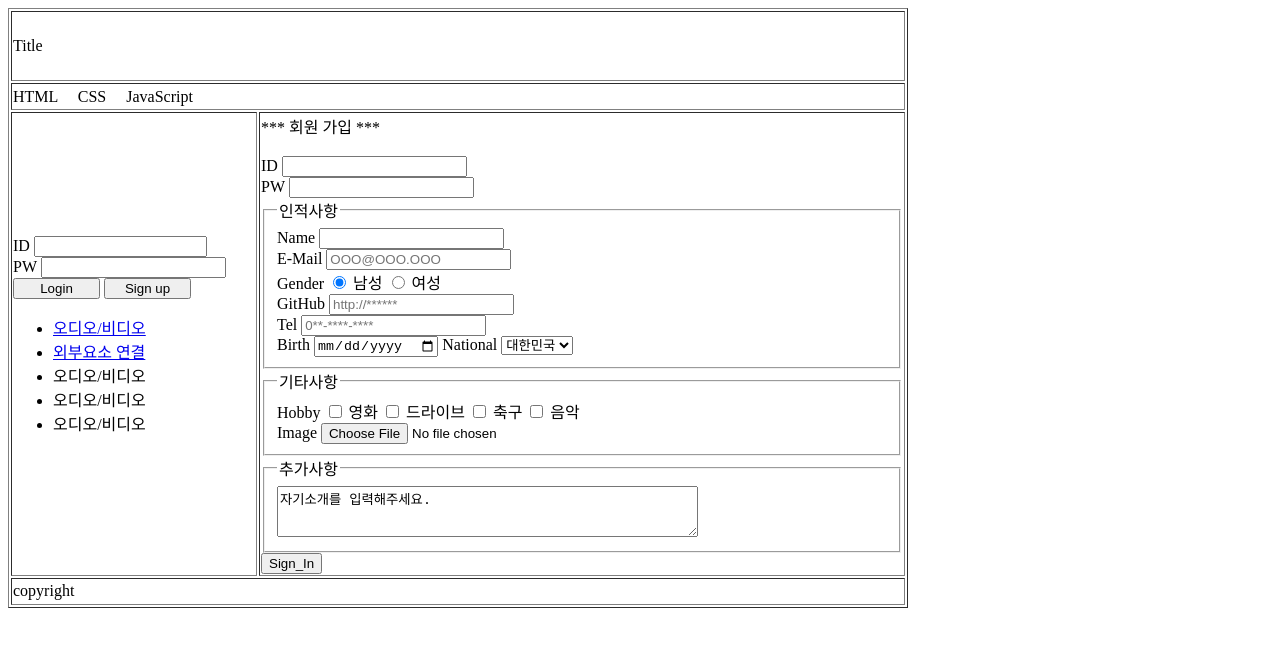
Repository: Hwangjiwon/MultiCampus
Page: http://localhost/2Study/jsp/member_insert.jsp
These files come from the project's save history. The page is drawn as it stood at one moment and after the next save; the edit follows.
The browser window is 1280 px wide. The pictures show the whole page.
The page is served by Tomcat 9. Other server files are loaded and not shown.

Above is the page before, as saved 2019-05-31 02:46:53.

### 2Study/WebContent/jsp/member_insert.jsp
<%@ page language="java" contentType="text/html; charset=UTF-8"
	pageEncoding="UTF-8"%>

<jsp:include page="header.jsp"></jsp:include>
<jsp:include page="side.jsp"></jsp:include>
<td>

	*** 회원 가입 *** <br> <br>

	<form action = "/2Study/Main?sign=member_insert" method="get">

		ID <input type = "text" name = "id" > <br>
		PW <input type = "text" name = "pw" > <br>
		<fieldset>
			<legend>인적사항</legend>
		Name <input type = "text" name = "name"> <br>
		E-Mail <input type ="email" placeholder="OOO@OOO.OOO" /> <br>
		Gender <input type = "radio" name = gender" value = "male" checked /> 남성
			<input type = "radio" name = gender" value = "female" /> 여성 <br>
		GitHub <input type = "url" placeholder="http://******"/> <br>
		Tel <input type ="tel" pattern ="[0-9]{2,3}-[0-9]{3,4}-[0-9]{4}" placeholder ="0**-****-****"/><br>
		Birth <input type ="date" name ="birth"/>
		National <select name ="country">
					<option value = "Korea" selected> 대한민국 </option>
					<option value = "USA"> 미국 </option>
					<option value = "UK"> 영국 </option>
					<option value = "Japan"> 일본 </option>
					<option value = "China"> 중국 </option>
				</select> <br>
		</fieldset>
		<fieldset>
			<legend>기타사항</legend>
		Hobby <input type ="checkbox" name = "hobby" value = "movie" /> 영화
			<input type ="checkbox" name = "hobby" value = "drive" /> 드라이브
			<input type ="checkbox" name = "hobby" value = "soccer" /> 축구
			<input type ="checkbox" name = "hobby" value = "music" /> 음악 <br>
		Image <input type = "file" name = "filename" > <br>
		</fieldset>
		<fieldset>
			<legend>추가사항</legend>
		<textarea rows = "3" cols ="50" name ="memo">
자기소개를 입력해주세요.
		</textarea> <br>
		</fieldset>
		<input type ="submit" value ="Sign_In">
	</form>
</td>
</tr>

<jsp:include page="copyright.jsp"></jsp:include>

### 2Study/WebContent/jsp/header.jsp
<%@ page language="java" contentType="text/html; charset=UTF-8"
	pageEncoding="UTF-8"%>
<!DOCTYPE html>
<html>
<head>
<meta charset="UTF-8">
<title>HOME</title>
</head>
<body>
	<table border="1" width="900" height="600">
		<tr height="15%">
			<td colspan="2">Title</td>
		</tr>
		<tr height="5%">
			<td colspan="2">HTML &nbsp;&nbsp;&nbsp; CSS &nbsp;&nbsp;&nbsp;
				JavaScript</td>
		</tr>

### 2Study/WebContent/jsp/side.jsp
<%@ page language="java" contentType="text/html; charset=UTF-8"
	pageEncoding="UTF-8"%>
<tr>
	<td width="20%">
		<!-- Java code가 들어갈 수 있는 부분 -->
		<%
			String username = (String)session.getAttribute("username");
			if(username != null) { //login_ok
		%>

			${username}님, 환영합니다.

		<form action="/2Study/Main?sign=logout" method="post">
			<input type="submit" value="Logout">
		</form>

		<%
			} else {
		%>
			<!-- 절대경로화 해서 서블릿으로 요청 보내기 -->
			<form style="width: 242px;" method="post" action="/2Study/Main?sign=login">
				ID <input name="id" style="width: 165px;"><br>
				PW <input name="pw" type="password"><br>
					<input type="submit" value="Login" style="width: 87px;">
					<a href = "/2Study/jsp/member_insert.jsp">
						<input type="button" value="Sign up" style="width: 87px;">
					</a>
			</form>

		<%
			}
		%>

		<ul>
			<!-- Context명부터 써줘서 절대경로화! /프로젝트명/... -->
			<li><a href="/2Study/jsp/audio_video.jsp">오디오/비디오</a></li>
			<li><a href="/2Study/jsp/iframe.jsp">외부요소 연결</a></li>
			<li>오디오/비디오</li>
			<li>오디오/비디오</li>
			<li>오디오/비디오</li>
		</ul>
	</td>

### 2Study/WebContent/jsp/copyright.jsp
<%@ page language="java" contentType="text/html; charset=UTF-8"
	pageEncoding="UTF-8"%>

<tr height="5%">
	<td colspan="2">copyright</td>
</tr>
</table>

</body>
</html>

After the next save:
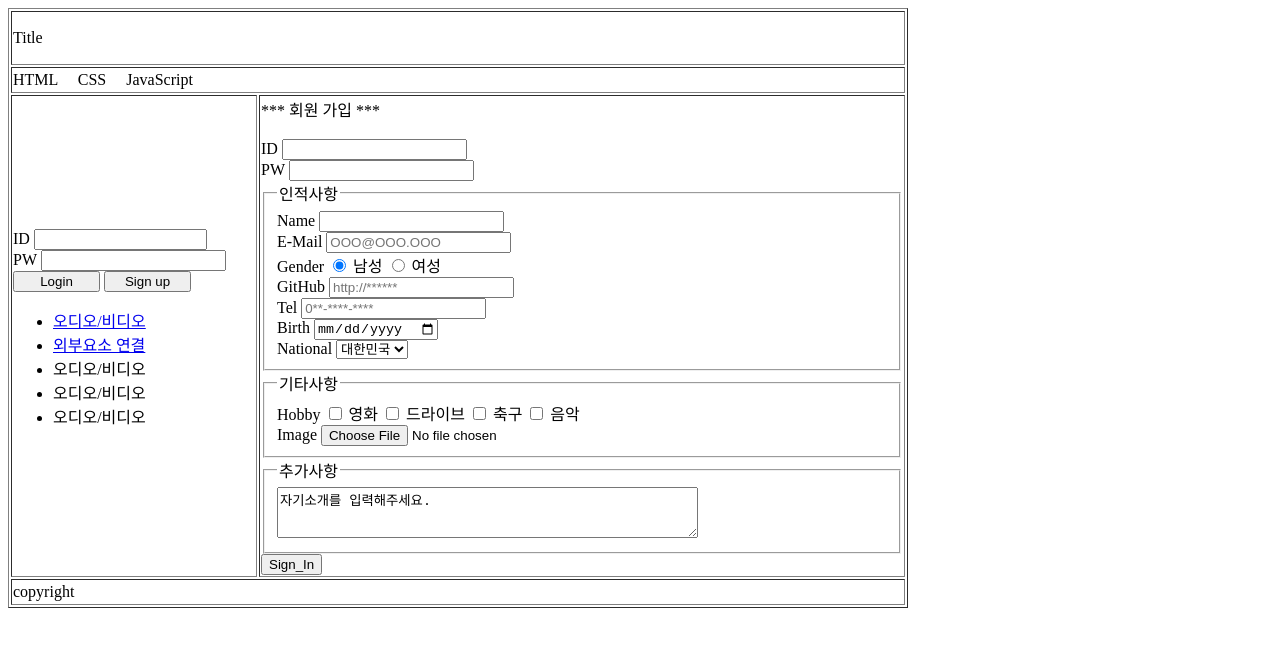
Saved 8 s later.
--- a/2Study/WebContent/jsp/member_insert.jsp
+++ b/2Study/WebContent/jsp/member_insert.jsp
@@ -19,7 +19,7 @@
 			<input type = "radio" name = gender" value = "female" /> 여성 <br>
 		GitHub <input type = "url" placeholder="http://******"/> <br>
 		Tel <input type ="tel" pattern ="[0-9]{2,3}-[0-9]{3,4}-[0-9]{4}" placeholder ="0**-****-****"/><br>
-		Birth <input type ="date" name ="birth"/>
+		Birth <input type ="date" name ="birth"/> <br>
 		National <select name ="country">
 					<option value = "Korea" selected> 대한민국 </option>
 					<option value = "USA"> 미국 </option>
